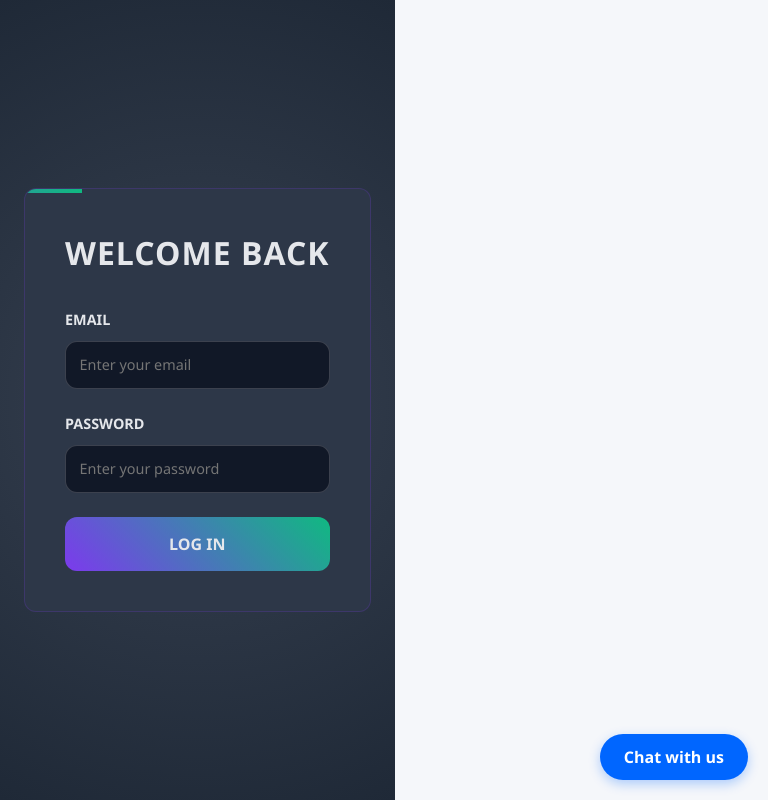
Repository: ferhadsultan98/e-commerce
Page: /
An editor plug-in stored every save of this project. The page is shown before and after a run of saves, followed by the edit.
The browser window is 768 px wide. The pictures show the whole page.
The project was rebuilt for these pictures with package versions that can differ from the ones it lists, and the page was loaded fresh each time. Also part of the build but not shown: vite.config.js, src/client/Styles/Products.scss, src/client/Pages/Products/ProductCard.jsx, src/client/Pages/Products/Products.jsx, src/client/Styles/TechSlider.scss, src/client/Pages/TechSlider/TechSlider.jsx, src/client/Styles/TopHeader.scss, src/client/Components/Header/TopHeader.jsx and 28 more.

Above is the page before, as saved 2025-04-22 16:46:51.

After the next 2 saves:
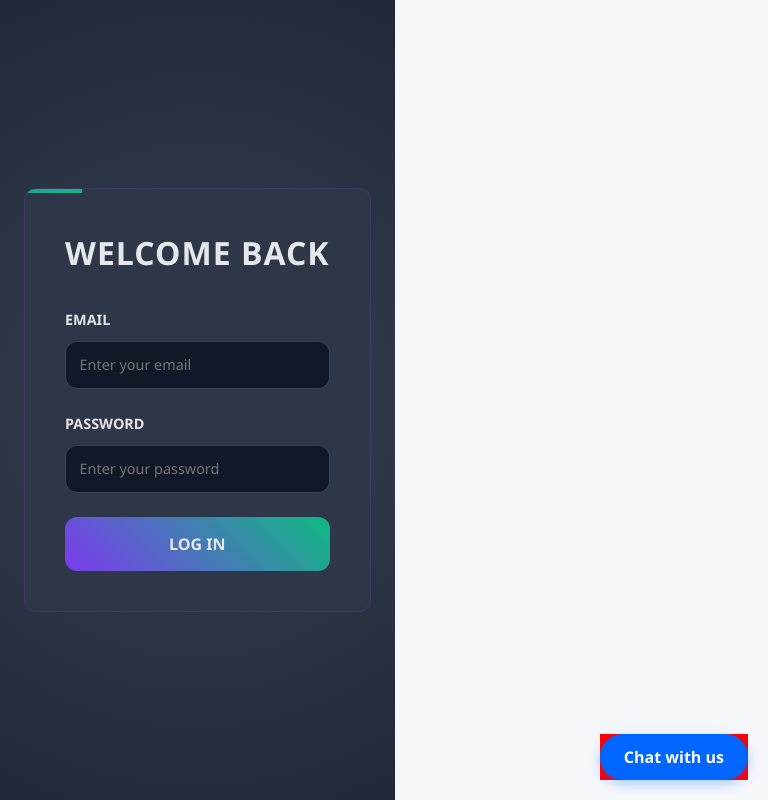
The 2 saves are shown as one change because they came seconds apart.
The last was saved 8 s later.
--- a/src/client/Styles/ChatWidget.scss
+++ b/src/client/Styles/ChatWidget.scss
@@ -337,11 +337,12 @@
 /* Media queries for responsive design */
 @media screen and (max-width: 768px) {
   .chatWidget {
+    background-color: red;
     .chatContainer {
       width: 300px;
       height: 450px;
       bottom: 70px;
-      background-color: red;
+
     }
   }
 }

After the 2 saves that followed:
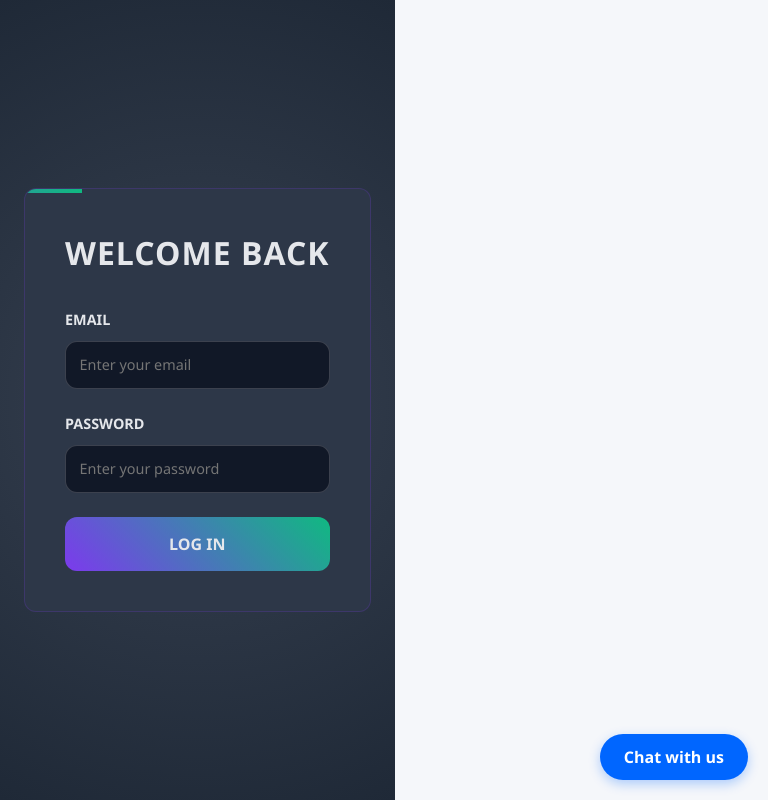
The 2 saves are shown as one change because 1 left the picture as it was.
The last was saved 13 s later.
--- a/src/client/Styles/ChatWidget.scss
+++ b/src/client/Styles/ChatWidget.scss
@@ -337,7 +337,7 @@
 /* Media queries for responsive design */
 @media screen and (max-width: 768px) {
   .chatWidget {
-    background-color: red;
+
     .chatContainer {
       width: 300px;
       height: 450px;
